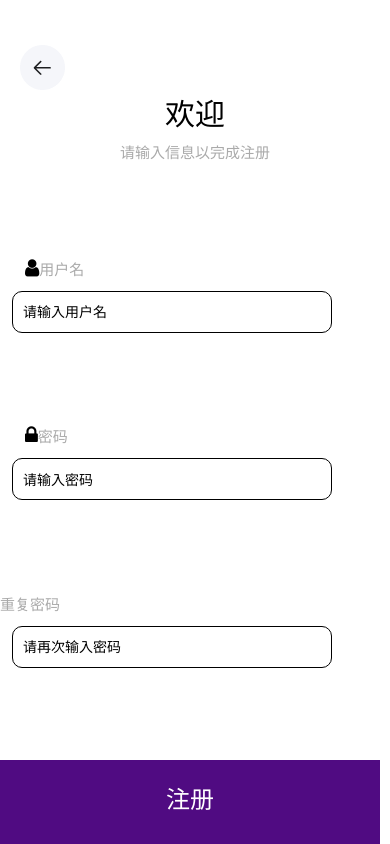
Repository: eyebone/barManager
Screen: /sign
The author's editor kept a copy of each file at every save. The screen is drawn from the files as they stood at one save, then again after the next save.
The app was drawn by React Native's web renderer in a window 390 px wide. The project was rebuilt for these pictures with package versions that can differ from the ones it lists, and the page was loaded fresh each time. Also part of the build but not shown: components/EmojiPicker.js, components/Button.js, components/ImageViewer.js, components/circleButton.js, components/IconButton.js, view/ViewOne.js, view/Main.js.

Above is the screen before, as saved 2023-06-26 16:36:46.

After the next save:
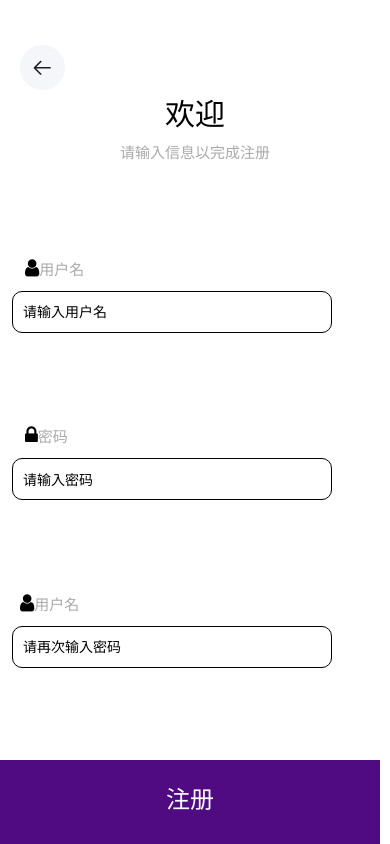
Saved 17 s later.
--- a/view/Sign.js
+++ b/view/Sign.js
@@ -70,9 +70,9 @@ export function SignView({ navigation }) {
         />
       </View>
       <View style={styles.inputBar}>
-        <Text editable style={styles.smallText}>
-          重复密码
-        </Text>
+        <FontAwesome name="user" size={20} style={{ marginLeft: 20 }}>
+          <Text style={styles.smallText}>用户名</Text>
+        </FontAwesome>
         <TextInput
           style={styles.input}
           placeholder="请再次输入密码"
